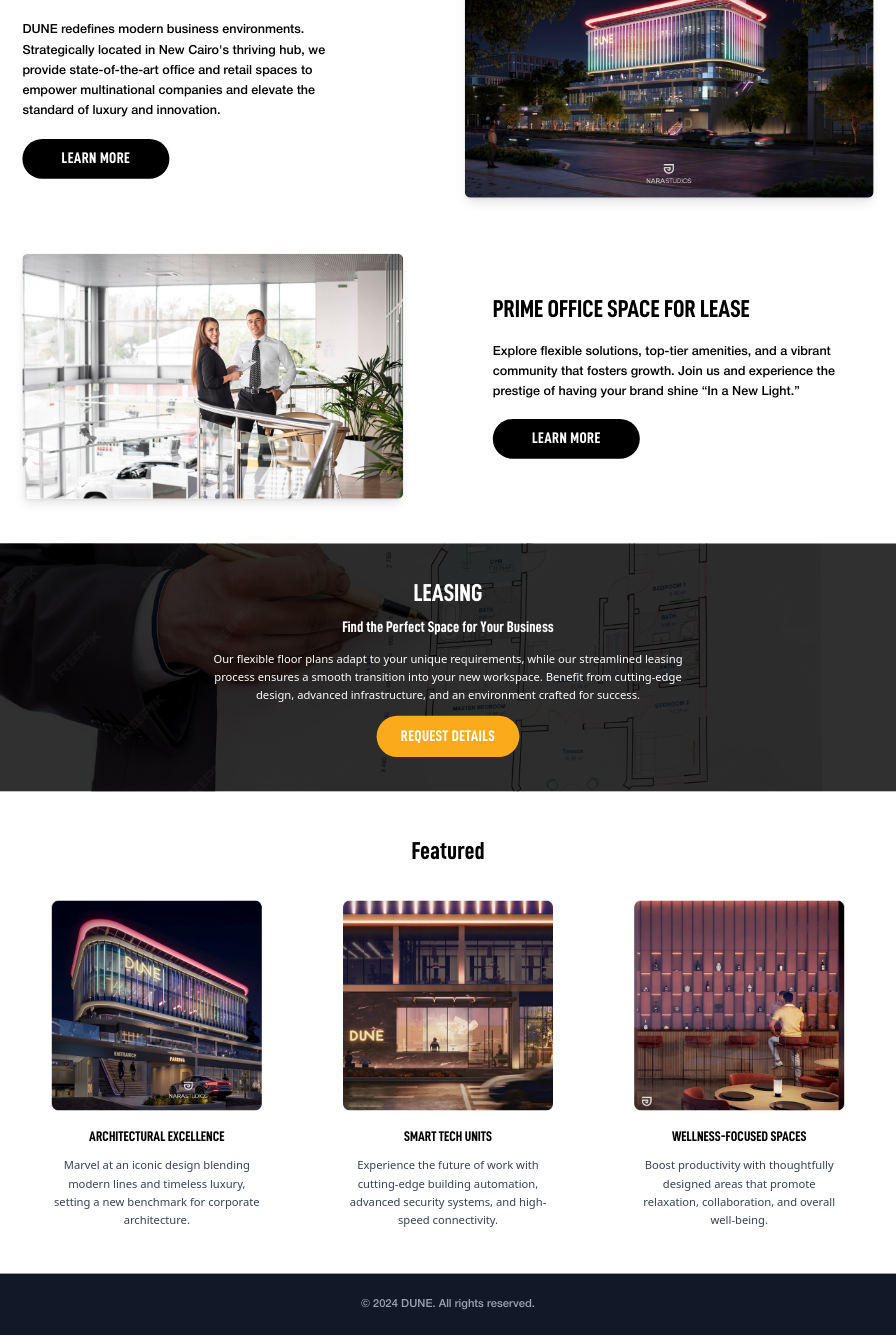
Repository: ahmedassr5765/dune
Page: index.html
An editor plug-in stored every save of this project. The page is shown before and after the next save, followed by the edit.
The browser window is 1280 px wide. The pictures show the part of the page from y = 1328 to 3248 px (the page is 3236 px tall before and 3248 px after), at 70% of full size.
Some web libraries are served in a nearby version.

Above is the page before, as saved 2025-07-12 18:56:58.

### index.html
<!DOCTYPE html>
<html lang="en" dir="ltr">
<head>
    <meta charset="UTF-8">
    <meta name="viewport" content="width=device-width, initial-scale=1.0">
    <title>DUNE</title>

    <!-- Google Fonts -->
    <link rel="preconnect" href="https://fonts.googleapis.com">
    <link rel="preconnect" href="https://fonts.gstatic.com" crossorigin>
    <link href="https://fonts.googleapis.com/css2?family=DM+Serif+Display:ital@0;1&display=swap" rel="stylesheet">

    <!-- Local Fonts -->
    <style>
        @font-face {
            font-family: 'D-DIN Condensed';
            src: url('./Fonts/D-DINCondensed-Bold.otf') format('opentype');
            font-weight: 700;
            font-style: normal;
        }

        @font-face {
            font-family: 'Helvetica Neue';
            src: url('./Fonts/HelveticaNeueMedium.otf') format('opentype');
            font-weight: 400;
            font-style: normal;
        }
    </style>

    <!-- TailwindCSS -->
    <script src="https://cdn.tailwindcss.com"></script>

    <!-- TailwindCSS Configuration -->
    <script>
        tailwind.config = {
            theme: {
                extend: {
                    fontFamily: {
                        'ddin': ['D-DIN Condensed', 'sans-serif'],
                        'helvetica': ['Helvetica Neue', 'sans-serif'],
                        'dm-serif': ['DM Serif Display', 'serif'],
                    }
                }
            }
        }
    </script>

    <!-- Custom Styles -->
    <style>
        /* RTL Support */
        [dir="rtl"] {
            text-align: right;
        }

        [dir="rtl"] .header-container {
            flex-direction: row-reverse;
        }

        [dir="rtl"] .logo {
            order: 3;
            margin-left: 0;
            margin-right: 0;
        }

        [dir="rtl"] .nav-items {
            order: 2;
            flex-direction: row;
            margin-left: 0;
            margin-right: 0;
            flex: 1;
            justify-content: center;
        }

        [dir="rtl"] .lang-toggle {
            order: 1;
            margin-left: 0;
            margin-right: 0;
        }

        [dir="rtl"] .nav-items a {
            margin-left: 0;
            margin-right: 0;
        }

        /* Language Toggle Button */
        .lang-toggle {
            transition: all 0.3s ease;
        }

        .lang-toggle:hover {
            transform: scale(1.05);
        }

        /* Navigation Active State */
        .nav-active {
            color: #f59e0b;
        }

        /* RTL Animation */
        .rtl-transition {
            transition: all 0.5s ease;
        }

        /* Black Top Bar */
        .top-bar {
            background-color: #000000;
            height: 63px;
        }
    </style>
</head>
<body class="font-helvetica bg-gray-50 rtl-transition">
    <!-- Black Top Bar -->
    <div class="top-bar"></div>

    <!-- Header -->
    <header class="max-w-[1440px] mx-auto bg-white shadow-sm">
        <div class="max-w-8xl mx-auto px-4 border-[#E5E5E5] border-2 sm:px-6 lg:px-8">
            <div class="flex justify-between items-center py-6 header-container">
                <div class="flex items-center logo">
                    <a href="#" class="flex items-center">
                        <img src="/images/logo.svg" alt="DUNE" class="h-8 w-auto">
                    </a>
                </div>
                <nav class="hidden md:flex space-x-20 nav-items">
                    <a href="#" class="text-black hover:text-[#FBAA19] px-3 py-2 text-[24px] font-ddin transition-colors duration-200 nav-link" data-en="HOME" data-ar="الرئيسية">HOME</a>
                    <a href="#" class="text-black hover:text-[#FBAA19] px-3 py-2 text-[24px] font-ddin transition-colors duration-200 nav-link" data-en="ABOUT US" data-ar="معلومات عنا">ABOUT US</a>
                    <a href="#" class="text-black hover:text-[#FBAA19] px-3 py-2 text-[24px] font-ddin transition-colors duration-200 nav-link" data-en="LEASING" data-ar="الإيجار">LEASING</a>
                    <a href="#" class="text-black hover:text-[#FBAA19] px-3 py-2 text-[24px] font-ddin transition-colors duration-200 nav-link" data-en="AMENITIES" data-ar="الخدمات">AMENITIES</a>
                    <a href="#" class="text-black hover:text-[#FBAA19] px-3 py-2 text-[24px] font-ddin transition-colors duration-200 nav-link" data-en="CONTACT US" data-ar="اتصل بنا">CONTACT US</a>
                </nav>
                <div class="flex items-center lang-toggle">
                    <button id="languageToggle" class="bg-black text-white px-4 py-2 text-[28px] font-normal font-dm-serif hover:bg-gray-800 transition-colors duration-200 focus:outline-none focus:ring-2 focus:ring-gray-500 focus:ring-offset-2 rounded-[5px]">
                        En
                    </button>
                </div>
            </div>
        </div>
    </header>

    <!-- Hero Section -->
    <section class="max-w-[1440px] mx-auto relative h-[1024px] bg-cover bg-center bg-no-repeat" style="background-image: url('/images/hero.png');">

        <!-- Text Content Container with Overlay -->
        <div class="absolute bottom-0 left-0 right-0 z-10 h-[350px]">
            <!-- Text Background Overlay -->
            <div class="absolute inset-0" style="background-color: #000000A8;"></div>

            <!-- Text Content -->
            <div class="relative z-20 max-w-7xl mx-auto px-4 sm:px-6 lg:px-8 pb-[90px] pt-[55px] h-full flex flex-col justify-end">
                <div class="">
                    <!-- Main Heading -->
                    <h1 class="text-white font-bold font-ddin mb-4 leading-tight hero-title drop-shadow-lg"
                        style="font-size: 26px; max-width: 741px;"
                        data-en="A premier luxury destination for global brands in the heart of New Cairo."
                        data-ar="وجهة فاخرة ومتميزة للعلامات التجارية العالمية في قلب القاهرة الجديدة.">
                        A premier luxury destination for global brands in the heart of New Cairo.
                    </h1>

                    <!-- Subtitle -->
                    <p class="text-white mb-8 leading-relaxed hero-subtitle font-[300px] font-sans text-[22px] w-[1100px]"
                       data-en="Discover a new era of workspace excellence—where innovation, convenience, and exclusivity converge. Step into DUNE to experience a visionary environment designed for today's most ambitious enterprises."
                       data-ar="اكتشف عصرًا جديدًا من التميز في مساحات العمل، حيث تلتقي الابتكارات والراحة والحصرية. تفضل بزيارة DUNE لتجربة بيئة عمل واعدة مصممة خصيصًا للشركات الأكثر طموحًا في عصرنا.">
                        Discover a new era of workspace excellence—where innovation, convenience, and exclusivity converge. Step into DUNE to experience a visionary environment designed for today's most ambitious enterprises.
                    </p>

                    <!-- CTA Button -->
                    <button class="bg-[#FBAA19] hover:bg-[#e09915] text-white py-[17px] px-[43px] rounded-full text-[20px] transition-colors duration-300 uppercase tracking-wide hero-cta font-ddin"
                            data-en="SCHEDULE A TOUR"
                            data-ar="جدولة جولة">
                        SCHEDULE A TOUR
                    </button>
                </div>
            </div>
        </div>

        <!-- Bottom Logo/Branding -->
        <div class="absolute bottom-8 right-8 z-30">
            <div class="text-white text-xs opacity-60 drop-shadow-md">
                <span class="hero-brand font-ddin" data-en="NARA STUDIOS" data-ar="استوديوهات نارا">NARA STUDIOS</span>
            </div>
        </div>

    </section>

    <!-- Welcome to DUNE Section -->
    <section class="max-w-[1440px] mx-auto bg-white py-16">
        <div class="max-w-7xl mx-auto px-4 sm:px-6 lg:px-8">

            <!-- Welcome to DUNE Block -->
            <div class="grid md:grid-cols-2 gap-12 items-center mb-20">
                <!-- Text Content -->
                <div class="space-y-6">
                    <h2 class="text-black font-bold font-ddin text-[35px] leading-tight welcome-title"
                        data-en="WELCOME TO DUNE"
                        data-ar="مرحباً بكم في DUNE">
                        WELCOME TO DUNE
                    </h2>

                    <p class="text-black text-[18px] max-w-[470px] font-normal leading-relaxed font-helvetica welcome-desc"
                       data-en="DUNE redefines modern business environments. Strategically located in New Cairo's thriving hub, we provide state-of-the-art office and retail spaces to empower multinational companies and elevate the standard of luxury and innovation."
                       data-ar="يُعيد &quot;DUNE&quot; تعريف بيئات الأعمال العصرية. بموقعه الاستراتيجي في قلب القاهرة الجديدة النابض بالحياة، نوفر مساحات مكتبية وتجارية متطورة تُمكّن الشركات متعددة الجنسيات من تحقيق نموّ متسارع، وترتقي بمستوى الفخامة والابتكار.">
                        DUNE redefines modern business environments. Strategically located in New Cairo's thriving hub, we provide state-of-the-art office and retail spaces to empower multinational companies and elevate the standard of luxury and innovation.
                    </p>

                    <button class="bg-black hover:bg-gray-800 text-white py-[12px] px-[56px] rounded-full text-[22px] font-bold transition-colors duration-300 uppercase tracking-wide welcome-cta font-ddin"
                            data-en="LEARN MORE"
                            data-ar="اعرف المزيد">
                        LEARN MORE
                    </button>
                </div>

                <!-- Image -->
                <div class="relative">
                    <img src="/images/welcome.png" alt="DUNE Building" class="w-[600px] h-[350px] object-cover rounded-lg shadow-lg">
                </div>
            </div>

            <!-- Prime Office Space Block -->
            <div class="grid md:grid-cols-2 gap-[128px] items-center">
                <!-- Image -->
                <div class="relative order-2 md:order-1">
                    <img src="/images/office.png" alt="Office Interior" class="w-[600px] h-[350px] object-cover rounded-lg shadow-lg">
                </div>

                <!-- Text Content -->
                <div class="space-y-6 order-1 md:order-2">
                    <h2 class="text-black font-bold font-ddin text-[35px] leading-tight office-title"
                        data-en="PRIME OFFICE SPACE FOR LEASE"
                        data-ar="مساحات مكتبية متميزة للإيجار">
                        PRIME OFFICE SPACE FOR LEASE
                    </h2>

                    <p class="text-black text-[18px] max-w-[498px] font-normal leading-relaxed font-helvetica office-desc"
                       data-en="Explore flexible solutions, top-tier amenities, and a vibrant community that fosters growth. Join us and experience the prestige of having your brand shine &quot;In a New Light.&quot;"
                       data-ar="استكشف حلولاً مرنة، ومرافق فاخرة، ومجتمعًا نابضًا بالحياة يُعزز النمو
                       . انضم إلينا واختبر روعة علامتك التجارية التي تتألق &quot;في ضوء جديد&quot;.">
                       Explore flexible solutions, top-tier amenities, and a vibrant community
                       that fosters growth. Join us and experience the prestige
                       of having your brand shine “In a New Light.”
                    </p>

                    <button class="bg-black hover:bg-gray-800 text-white py-[12px] px-[56px] rounded-full text-[22px] font-bold transition-colors duration-300 uppercase tracking-wide office-cta font-ddin"
                            data-en="LEARN MORE"
                            data-ar="اعرف المزيد">
                        LEARN MORE
                    </button>
                </div>
            </div>

        </div>
    </section>

    <!-- Leasing Section -->
    <section class="max-w-[1440px] mx-auto relative h-[354px] bg-cover bg-center bg-no-repeat" style="background-image: url('/images/leasing.png');">

        <!-- Dark Overlay -->
        <div class="absolute inset-0" style="background-color: #000000CF;"></div>

        <!-- Content -->
        <div class="relative z-10 h-full flex flex-col justify-center items-center text-center px-4 sm:px-6 lg:px-8">
            <div class="max-w-4xl mx-auto">
                <!-- Main Heading -->
                <h2 class="text-white font-bold font-ddin text-[35px] mb-[14px] leading-tight leasing-title"
                    data-en="LEASING"
                    data-ar="التأجير">
                    LEASING
                </h2>

                <!-- Subheading -->
                <h3 class="text-white font-bold font-ddin text-[22px] mb-[17px] leading-tight leasing-subtitle"
                    data-en="Find the Perfect Space for Your Business"
                    data-ar="اعثر على المساحة المثالية لعملك">
                    Find the Perfect Space for Your Business
                </h3>

                <!-- Description -->
                <p class="text-white text-[16px] leading-relaxed font-normal font-sans mb-[17px] max-w-[689px] mx-auto leasing-desc"
                   data-en="Our flexible floor plans adapt to your unique requirements, while our streamlined leasing process ensures a smooth transition into your new workspace. Benefit from cutting-edge design, advanced infrastructure, and an environment crafted for success."
                   data-ar="تتكيف مخططات الأرضيات المرنة لدينا مع متطلباتك الفريدة، بينما تضمن عملية التأجير المبسطة لدينا انتقالاً سلساً إلى مساحة العمل الجديدة. استفد من التصميم المتطور والبنية التحتية المتقدمة والبيئة المصممة للنجاح.">
                    Our flexible floor plans adapt to your unique requirements, while our streamlined leasing process ensures a smooth transition into your new workspace. Benefit from cutting-edge design, advanced infrastructure, and an environment crafted for success.
                </p>

                <!-- CTA Button -->
                <button class="bg-[#FBAA19] hover:bg-[#e09915] text-white py-[13px] px-[34px] rounded-full text-[22px] font-bold transition-colors duration-300 uppercase tracking-wide leasing-cta font-ddin"
                        data-en="REQUEST DETAILS"
                        data-ar="طلب التفاصيل">
                    REQUEST DETAILS
                </button>
            </div>
        </div>

    </section>

    <!-- Featured Section -->
    <section class="max-w-[1440px] mx-auto bg-white py-16">
        <div class="max-w-7xl mx-auto px-4 sm:px-6 lg:px-8">

            <!-- Main Heading -->
            <div class="text-center mb-12">
                <h2 class="text-black font-bold font-ddin text-[35px] leading-tight featured-main-title"
                    data-en="Featured"
                    data-ar="مميز">
                    Featured
                </h2>
            </div>

            <!-- Featured Grid -->
            <div class="grid md:grid-cols-3 gap-8">

                <!-- Featured Item 1 -->
                <div class="text-center">
                    <div class="relative overflow-hidden rounded-lg mb-6">
                        <img src="/images/featured.png" alt="Architectural Excellence" class="w-[300px] h-[300px] object-cover mx-auto">
                    </div>
                    <h3 class="text-black font-bold font-ddin text-[20px] mb-4 leading-tight featured-title-1"
                        data-en="ARCHITECTURAL EXCELLENCE"
                        data-ar="التميز المعماري">
                        ARCHITECTURAL EXCELLENCE
                    </h3>
                    <p class="text-gray-700 text-[16px] leading-relaxed font-sans max-w-[300px] mx-auto featured-desc-1"
                       data-en="Marvel at an iconic design blending modern lines and timeless luxury, setting a new benchmark for corporate architecture."
                       data-ar="استمتع بتصميم أيقوني يمزج بين الخطوط الحديثة والفخامة الخالدة، مما يضع معياراً جديداً للعمارة المؤسسية.">
                        Marvel at an iconic design blending modern lines and timeless luxury, setting a new benchmark for corporate architecture.
                    </p>
                </div>

                <!-- Featured Item 2 -->
                <div class="text-center">
                    <div class="relative overflow-hidden rounded-lg mb-6">
                        <img src="/images/featured-2.png" alt="Smart Tech Units" class="w-[300px] h-[300px] object-cover mx-auto">
                    </div>
                    <h3 class="text-black font-bold font-ddin text-[20px] mb-4 leading-tight featured-title-2"
                        data-en="SMART TECH UNITS"
                        data-ar="وحدات التكنولوجيا الذكية">
                        SMART TECH UNITS
                    </h3>
                    <p class="text-gray-700 text-[16px] leading-relaxed font-sans max-w-[300px] mx-auto featured-desc-2"
                       data-en="Experience the future of work with cutting-edge building automation, advanced security systems, and high-speed connectivity."
                       data-ar="اختبر مستقبل العمل مع أتمتة المباني المتطورة وأنظمة الأمان المتقدمة والاتصال عالي السرعة.">
                        Experience the future of work with cutting-edge building automation, advanced security systems, and high-speed connectivity.
                    </p>
                </div>

                <!-- Featured Item 3 -->
                <div class="text-center">
                    <div class="relative overflow-hidden rounded-lg mb-6">
                        <img src="/images/featured-3.png" alt="Wellness-Focused Spaces" class="w-[300px] h-[300px] object-cover mx-auto">
                    </div>
                    <h3 class="text-black font-bold font-ddin text-[20px] mb-4 leading-tight featured-title-3"
                        data-en="WELLNESS-FOCUSED SPACES"
                        data-ar="المساحات المركزة على العافية">
                        WELLNESS-FOCUSED SPACES
                    </h3>
                    <p class="text-gray-700 text-[16px] leading-relaxed font-sans max-w-[300px] mx-auto featured-desc-3"
                       data-en="Boost productivity with thoughtfully designed areas that promote relaxation, collaboration, and overall well-being."
                       data-ar="عزز الإنتاجية مع المناطق المصممة بعناية التي تعزز الاسترخاء والتعاون والرفاهية العامة.">
                        Boost productivity with thoughtfully designed areas that promote relaxation, collaboration, and overall well-being.
                    </p>
                </div>

            </div>

        </div>
    </section>

    <!-- Footer -->
    <footer class="bg-gray-900 text-white">
        <div class="max-w-7xl mx-auto px-4 sm:px-6 lg:px-8 py-8">
            <div class="text-center">
                <p class="text-gray-400 footer-text" data-en="&copy; 2024 DUNE. All rights reserved." data-ar="&copy; 2024 ديون. جميع الحقوق محفوظة.">&copy; 2024 DUNE. All rights reserved.</p>
            </div>
        </div>
    </footer>

    <!-- External JavaScript -->
    <script src="index.js"></script>
</body>
</html>

Loaded but not shown: index.js (172 lines, source omitted)

After the next save:
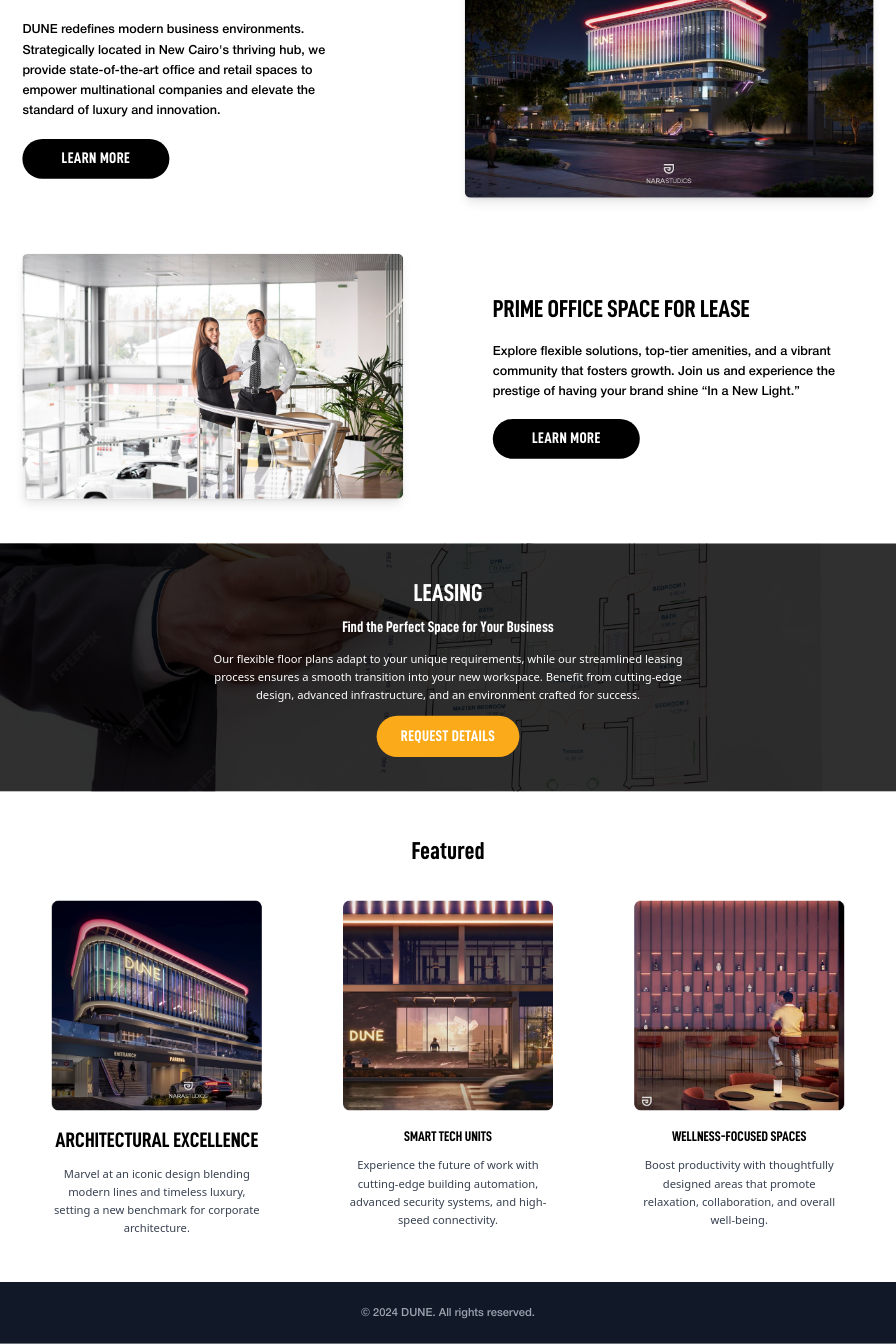
Saved 17 s later.
--- a/index.html
+++ b/index.html
@@ -312,7 +312,7 @@
                     <div class="relative overflow-hidden rounded-lg mb-6">
                         <img src="/images/featured.png" alt="Architectural Excellence" class="w-[300px] h-[300px] object-cover mx-auto">
                     </div>
-                    <h3 class="text-black font-bold font-ddin text-[20px] mb-4 leading-tight featured-title-1"
+                    <h3 class="text-black font-bold font-ddin text-[30px] mb-4 leading-tight featured-title-1"
                         data-en="ARCHITECTURAL EXCELLENCE"
                         data-ar="التميز المعماري">
                         ARCHITECTURAL EXCELLENCE
